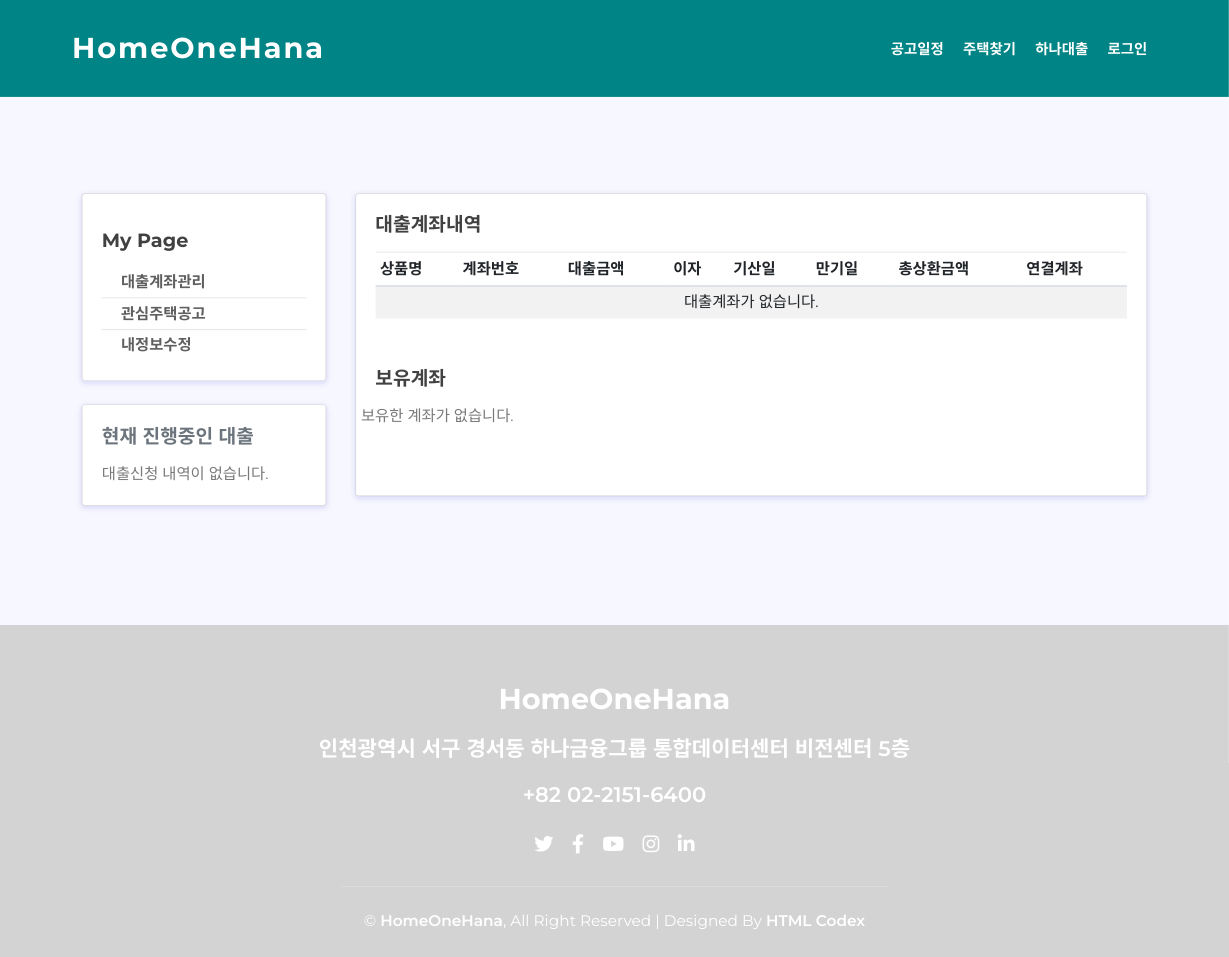
Repository: koposoftware/2021_10_syyoon
Page: http://localhost/HomeOneHana/WEB-INF/jsp/mypage/mypage.jsp
An editor plug-in stored every save of this project. The page is shown before and after the next save, followed by the edit.
The browser window is 1280 px wide. The pictures show the whole page, at 96% of full size.
Some icons come from a web library that is not loaded, so they are not drawn. Some web libraries are served in a nearby version. The page is served by Tomcat 9. Nobody is signed in. Other server files are loaded and not shown. The template is opened directly, without the code that normally fills it, so the values that code supplies are empty.

Above is the page before, as saved 2021-09-20 17:08:49.

### project/Spring-mvc/HomeOneHana/src/main/webapp/WEB-INF/jsp/mypage/mypage.jsp
<%@ page language="java" contentType="text/html; charset=UTF-8"
    pageEncoding="UTF-8"%>
<%@ taglib prefix="c" uri="http://java.sun.com/jsp/jstl/core" %>
<%@ taglib prefix="fmt" uri="http://java.sun.com/jsp/jstl/fmt" %>
<%@ taglib prefix="fn" uri="http://java.sun.com/jsp/jstl/functions" %>
<!DOCTYPE html>
<html>
<head>
<meta charset="UTF-8">
<title>HomeOneHana::마이페이지</title>
<link href="${ pageContext.request.contextPath }/resources/css/top/menubg.css" rel="stylesheet">
<link href="${ pageContext.request.contextPath }/resources/css/mypage/mypage.css" rel="stylesheet">
<script src="https://code.jquery.com/jquery-3.6.0.js"></script>
<script src="${ pageContext.request.contextPath }/resources/js/mypage/mypage.js"></script>

</head>
<body>
	<header>
		<div class="limiter">
			<div class="container-login100">
				<div class="wrap-login100">
					<jsp:include page="../include/topMenu.jsp" />
				</div>
			</div>
		</div>

	</header>
	<section>
		<div class="body">
		<div class="container">
			<div class="row">
			    <div class="col-12 col-lg-3">
					<div class="card">
						<div class="card-body">

							<h5 class="my-3">My Page</h5>
							<div class="fm-menu">
								<div class="list-group list-group-flush">
									<a id="Menu1" href="javascript:;" class="list-group-item py-1"><i class="bx bx-devices me-2"></i><span>대출계좌관리</span></a>
									<a id="Menu2" href="javascript:;" class="list-group-item py-1"><i class="bx bx-folder me-2"></i><span>관심주택공고</span></a>
									<a href="javascript:;" class="list-group-item py-1"><i class="bx bx-plug me-2"></i><span>내정보수정</span></a>

								</div>
							</div>
						</div>
					</div>
					<div class="card">
						<div class="card-body">
							<h5 class="mb-0 text-primary font-weight-bold"><span class="float-end text-secondary">현재 진행중인 대출</span></h5>

							<div class="mt-3"></div>
							<c:if test="${not empty contractList }">
								<c:forEach items="${contractList }" var="contract" varStatus="loop">

									<div class="d-flex align-items-center loanbox">
										<div


											<c:if test="${contract.status eq '심사중' }">class="fm-file-box bg-light-primary text-primary loan-reviewBox"</c:if>
											<c:if test="${contract.status eq '대출완료' }">class="fm-file-box bg-light-primary text-primary loan-finishBox"</c:if>
											<c:if test="${contract.status eq '대출승인' }"> class="fm-file-box bg-light-primary text-primary loan-acceptBox"</c:if>
											<c:if test="${contract.status eq '대출거절' }"> class="fm-file-box bg-light-primary text-primary loan-rejectBox"</c:if>
											>
											<p class="loanstatus">${ contract.status}</p>
										</div>
										<div class="flex-grow-1 ms-2">
											<h6 class="mb-0 loanname"><a
												<c:if test="${contract.status eq '대출승인' }">
													href="${ pageContext.request.contextPath }/loan/contract?contractcode=${contract.contractcode}"
												</c:if>
												<c:if test="${contract.status ne '대출승인' }">
													href="#"
												</c:if>


												>

												${ contract.loanname}</a></h6>
											<p class="mb-0 text-secondary loandate">${contract.stratdt }</p>
										</div>

									</div>

								</c:forEach>

							</c:if>

							<c:if test="${ empty contractList }">
							<div class="d-flex align-items-center mt-3">
								대출신청 내역이 없습니다.
							</div>
							</c:if>

						</div>
					</div>
				</div>


				<div class="col-12 col-lg-9">
					<div class="card" >


					<div class="card-body" id="menu1">
							<div class="d-flex align-items-center">
								<div>
									<h5 class="mb-0">대출계좌내역</h5>
								</div>

							</div>
							<div class="table-responsive mt-3" style="margin-bottom:50px;">
								<table class="table table-striped table-hover table-sm mb-0">
									<thead>
										<tr>
											<th>상품명</th>
											<th>계좌번호</th>
											<th>대출금액</th>
											<th>이자</th>
											<th>기산일</th>
											<th>만기일</th>
											<th>총상환금액</th>
											<th>연결계좌</th>
										</tr>
									</thead>
									<tbody>
									<c:if test="${not empty loanaccountList }">
										<c:forEach items="${loanaccountList }" var="loanacc" varStatus="loop">
										<tr>
											<td>${loanacc.loanname }</td>
											<td>${ fn:substring(loanacc.loanaccount,0,3) }-${ fn:substring(loanacc.loanaccount,3,9) }-${ fn:substring(loanacc.loanaccount,9,13) }</td>
											<td><fmt:formatNumber value="${loanacc.principal }" type="currency"/></td>
											<td>${loanacc.finalrate }%</td>
											<td>${loanacc.accountdt }</td>
											<td>${loanacc.duedate }</td>
											<td>${loanacc.repayamount }</td>
											<td>${ fn:substring(loanacc.account,0,3) }-${ fn:substring(loanacc.account,3,9) }-${ fn:substring(loanacc.account,9,13) }</td>
										</tr>
										</c:forEach>

									</c:if>
									<c:if test="${empty loanaccountList }">
										<tr>
											<td style="text-align:center;" colspan="8">대출계좌가 없습니다.</td>
										</tr>
									</c:if>
									</tbody>
								</table>
							</div>

							<div class="d-flex align-items-center">
								<div>
									<h5 class="mb-0">보유계좌</h5>
								</div>

							</div>
							<div class="row mt-3" style="margin-bottom:50px;">
								<c:if test="${ not empty accountList }">
									<c:forEach items="${ accountList }" var="acc" varStatus="loop">
											<div class="col-12 col-lg-4">
												<div class="card shadow-none border radius-15">
												<div class="card-body">
													<div class="d-flex align-items-center">
														<div ><span class="subti" >${acc.name}</span>
														</div>
														<div class="ms-auto"><i class="fas fa-money-check-alt"></i>
														</div>
													</div>
													<h5 class="mt-3 mb-0"><fmt:formatNumber value="${acc.balance }" type="currency"/></h5>
													<p class="mb-1 mt-4" style="font-size:12px;">
														<span class="float-end">${fn:substring(acc.account,0,3)}-${fn:substring(acc.account,3,9)}-${fn:substring(acc.account,9,13)}</span>
														<span>(${acc.alias})</span>
													</p>
													</div>
												</div>
											</div>
									</c:forEach>
								</c:if>
								<c:if test="${ empty accountList }">
									<div >
										보유한 계좌가 없습니다.
									</div>
								</c:if>
							</div>


						</div>


						<div class="card-body" id="menu2">

							<h5>관심주택</h5>
							<div class="row mt-3" style="margin-bottom:50px;">
								<c:if test="${not empty favoriteHome }">
									<c:forEach items="${ favoriteHome }" var="home" varStatus="loop">
										<div class="col-12 col-lg-4">
											<div class="card shadow-none border radius-15">
											<div class="card-body">
												<div class="d-flex align-items-center">
													<div ><span class="subti"><i class="fas fa-home"></i> ${home.enrolldt}</span>
													</div>
													<div class="ms-auto font-20"><i class="fas fa-star" style="color:#ffd400;"></i>
													</div>
												</div>
												<h5 class="mt-3 mb-0">

													<a

														<c:if test="${contract.status eq '대출승인' }">href="${pageContext.request.contextPath }/search/Detail/${ home.rnadres }"</c:if>
														<c:if test="${contract.status ne '대출승인' }">href="#"</c:if>

														>${home.rnadres}</a>

												</h5>
												<p class="mb-1 mt-4" style="font-size:12px;"><span>${home.insttnm}</span>-<span class="float-end">${home.suplytynm}</span>
												</p>
												</div>
											</div>
										</div>

									</c:forEach>
								</c:if>


								<c:if test="${ empty favoriteHome }">
									<div>
										즐겨찾기한 주택이 없습니다.
									</div>
								</c:if>
							</div>

							<!--end row-->
							<div class="d-flex align-items-center">
								<div>
									<h5 class="mb-0">관심공고</h5>
								</div>

							</div>
							<div class="table-responsive mt-3" style="margin-bottom:50px;">
								<table class="table table-striped table-hover table-sm mb-0">
									<thead>
										<tr>
											<th>공고명 <i class="bx bx-up-arrow-alt ms-2"></i>
											</th>
											<th>마감일</th>
											<th>즐겨찾기등록일</th>
											<th></th>
										</tr>
									</thead>
									<tbody>
									<c:if test="${not empty favoriteNotice }">
										<c:forEach items="${favoriteNotice }" var="noti" varStatus="loop">
										<tr>
											<td>
												<div class="d-flex align-items-center">
													<div><i class="bx bxs-file-pdf me-2 font-24 text-danger"></i>
													</div>
													<div class="font-weight-bold">
														${noti.noticetitle }
													</div>
												</div>
											</td>
											<td>${noti.noticeend }</td>
											<td>${noti.enrolldt }</td>
											<td><i class="fas fa-heart font-22" style="color:#e90061"></i>
											</td>
										</tr>
										</c:forEach>

									</c:if>
									<c:if test="${empty favoriteNotice }">
										<tr>
											<td colspan="4">관심공고가 없습니다.</td>
										</tr>
									</c:if>
									</tbody>
								</table>
							</div>
						</div>
						</div>

					</div>
				</div>

			</div>
			</div>
			</div>
	</section>
	<script>
		$('#menu1').show()
		$('#menu2').hide()
	</script>
	<footer>
		<jsp:include page="../include/bottomMenu.jsp" />
	</footer>
</body>
</html>

### project/Spring-mvc/HomeOneHana/src/main/webapp/WEB-INF/jsp/include/topMenu.jsp
<%@ page language="java" contentType="text/html; charset=UTF-8"
    pageEncoding="UTF-8"%>
<%@ taglib prefix="c" uri="http://java.sun.com/jsp/jstl/core" %>

        <meta content="width=device-width, initial-scale=1.0" name="viewport">
        <meta content="Free Website Template" name="keywords">
        <meta content="Free Website Template" name="description">


		<!-- font-awesome icon  -->
		<link href="//maxcdn.bootstrapcdn.com/font-awesome/4.1.0/css/font-awesome.min.css" rel="stylesheet" />

        <!-- Favicon -->
        <!-- <link href="/Practice-Web/Front/img/favicon.ico" rel="icon"> -->

        <!-- Google Font -->
        <link href="https://fonts.googleapis.com/css2?family=Montserrat:wght@300;400;500;600;700&display=swap" rel="stylesheet">
		<link href="https://fonts.googleapis.com/css2?family=Noto+Sans+KR:wght@100&display=swap" rel="stylesheet">

        <!-- CSS Libraries -->
        <link href="https://stackpath.bootstrapcdn.com/bootstrap/4.4.1/css/bootstrap.min.css" rel="stylesheet">
        <link href="https://cdnjs.cloudflare.com/ajax/libs/font-awesome/5.10.0/css/all.min.css" rel="stylesheet">

        <link href="${ pageContext.request.contextPath }/resources/lib/animate/animate.min.css" rel="stylesheet">
        <link href="${ pageContext.request.contextPath }/resources/lib/owlcarousel/assets/owl.carousel.min.css" rel="stylesheet">
        <link href="${ pageContext.request.contextPath }/resources/lib/lightbox/css/lightbox.min.css" rel="stylesheet">



        <!-- Template Stylesheet -->
        <link href="${ pageContext.request.contextPath }/resources/css/style.css" rel="stylesheet">

<!-- Nav Bar Start -->
<div class="navbar navbar-expand-lg bg-light navbar-light">
    <div class="container-fluid">
        <a href="${ pageContext.request.contextPath }/" class="navbar-brand">HomeOneHana</a>
        <button type="button" class="navbar-toggler" data-toggle="collapse" data-target="#navbarCollapse">
            <span class="navbar-toggler-icon"></span>
        </button>

        <div class="collapse navbar-collapse justify-content-between" id="navbarCollapse">
            <div class="navbar-nav ml-auto">
                <a href="${ pageContext.request.contextPath }/schedule" class="nav-item nav-link">공고일정</a>
                <a href="${ pageContext.request.contextPath }/search" class="nav-item nav-link">주택찾기</a>
                <a href="${ pageContext.request.contextPath }/loan" class="nav-item nav-link">하나대출</a>
            	<c:if test="${ empty sessionScope.loginVO  }">
                <!-- <a href="Front/index2.jsp" class="nav-item nav-link active">Home</a> -->
                <%-- <a href="${ pageContext.request.contextPath }/loan/review" class="nav-item nav-link">대출상담</a> --%>
                <a href="${ pageContext.request.contextPath }/login" class="nav-item nav-link">로그인</a>
				</c:if>

                <%--로그인사용자만 접근가능 --%>
                <c:if test="${ not empty sessionScope.loginVO  }">
	               	<a href="${ pageContext.request.contextPath }/logout" class="nav-item nav-link">로그아웃</a>
	                <a href="${ pageContext.request.contextPath }/mypage" class="nav-item nav-link"><i class="fas fa-user-circle fa-3x"></i></a>
                </c:if>

            </div>
        </div>
    </div>
</div>

### project/Spring-mvc/HomeOneHana/src/main/webapp/WEB-INF/jsp/include/bottomMenu.jsp
<%@ page language="java" contentType="text/html; charset=UTF-8"
    pageEncoding="UTF-8"%>
		<!-- Footer Start -->
        <div class="footer wow fadeIn" data-wow-delay="0.3s">
            <div class="container-fluid">
                <div class="container">
                    <div class="footer-info">
                        <h2>HomeOneHana</h2>
                        <h3>인천광역시 서구 경서동 하나금융그룹 통합데이터센터 비전센터 5층</h3>
                        <div class="footer-menu">
                            <p>+82 02-2151-6400</p>
                        </div>
                        <div class="footer-social">
                            <a href=""><i class="fab fa-twitter"></i></a>
                            <a href=""><i class="fab fa-facebook-f"></i></a>
                            <a href=""><i class="fab fa-youtube"></i></a>
                            <a href=""><i class="fab fa-instagram"></i></a>
                            <a href=""><i class="fab fa-linkedin-in"></i></a>
                        </div>
                    </div>
                </div>
                <div class="container copyright">
                    <p>&copy; <a href="#">HomeOneHana</a>, All Right Reserved | Designed By <a href="https://htmlcodex.com">HTML Codex</a></p>
                </div>
            </div>
        </div>
        <!-- Footer End -->


        <!-- Back to top button -->
        <a href="#" class="btn back-to-top"><i class="fa fa-chevron-up"></i></a>


        <!-- Pre Loader -->
        <div id="loader" class="show">
            <div class="loader"></div>
        </div>


		<!-- JavaScript Libraries -->
        <script src="https://code.jquery.com/jquery-3.4.1.min.js"></script>
        <script src="https://stackpath.bootstrapcdn.com/bootstrap/4.4.1/js/bootstrap.bundle.min.js"></script>
        <script src="${ pageContext.request.contextPath }/resources/lib/easing/easing.min.js"></script>
        <script src="${ pageContext.request.contextPath }/resources/lib/wow/wow.min.js"></script>
        <script src="${ pageContext.request.contextPath }/resources/lib/waypoints/waypoints.min.js"></script>
        <script src="${ pageContext.request.contextPath }/resources/lib/typed/typed.min.js"></script>
        <script src="${ pageContext.request.contextPath }/resources/lib/owlcarousel/owl.carousel.min.js"></script>
        <script src="${ pageContext.request.contextPath }/resources/lib/isotope/isotope.pkgd.min.js"></script>
        <script src="${ pageContext.request.contextPath }/resources/lib/lightbox/js/lightbox.min.js"></script>

        <!-- Contact Javascript File -->
        <script src="${ pageContext.request.contextPath }/resources/mail/jqBootstrapValidation.min.js"></script>
        <script src="${ pageContext.request.contextPath }/resources/mail/contact.js"></script>

        <!-- Template Javascript -->
        <script src="${ pageContext.request.contextPath }/resources/js/main.js"></script>

### project/Spring-mvc/HomeOneHana/src/main/webapp/resources/css/top/menubg.css
@charset "UTF-8";


header{
	height:101px;
	background-color:#008485;
}
@media(max-width:992px){
	header{
		height:70px;
	}
}

### project/Spring-mvc/HomeOneHana/src/main/webapp/resources/css/mypage/mypage.css
@charset "UTF-8";



.body{
padding-top:100px;
padding-bottom:100px;
background-color: #f7f7ff;
}
.card {
    position: relative;
    display: flex;
    flex-direction: column;
    min-width: 0;
    word-wrap: break-word;
    background-color: #fff;
    background-clip: border-box;
    border: 0px solid rgba(0, 0, 0, 0);
    border-radius: .25rem;
    margin-bottom: 1.5rem;
    box-shadow: 0 2px 6px 0 rgb(218 218 253 / 65%), 0 2px 6px 0 rgb(206 206 238 / 54%);
}

.card-body h5{
	font-size:20px;
	font-weight:700;
}


.fm-file-box {
    font-size: 25px;
    background: #e9ecef;
    width: 44px;
    height: 44px;
    display: flex;
    align-items: center;
    justify-content: center;
    border-radius: .25rem;
}
.ms-2 {
    margin-left: .5rem!important;
}

.fm-menu .list-group a {
    font-size: 16px;
    color: #5f5f5f;
    display: flex;
    align-items: center;
}
.list-group-flush>.list-group-item {
    border-width: 0 0 1px;
}
.list-group-item+.list-group-item {
    border-top-width: 0;
}
.py-1 {
	font-weight:700;
    padding-top: .25rem!important;
    padding-bottom: .25rem!important;
}
.list-group-item {
    position: relative;
    display: block;
    padding: .5rem 1rem;
    text-decoration: none;
    background-color: #fff;
    border: 1px solid rgba(0, 0, 0, .125);
}

.radius-15 {
    border-radius: 15px;
}
.fm-icon-box {
    font-size: 32px;
    background: #ffffff;
    width: 52px;
    height: 52px;
    display: flex;
    align-items: center;
    justify-content: center;
    border-radius: .25rem;
}
.font-24 {
    font-size: 24px;
}
.ms-auto {
    margin-left: auto!important;
}
.font-30 {
    font-size: 30px;
}
.user-groups img {
    margin-left: -14px;
    border: 1px solid #e4e4e4;
    padding: 2px;
    cursor: pointer;
}

.rounded-circle {
    border-radius: 50%!important;
}

/*
		현재진행중인 대출
*/

.loanbox{
	margin-top:5px;
	margin-bottom:5px;
}
.loan-iconBox{
	background-color:#008485;
}

.loanname{
	font-weight:700;
}

.loandate{
	font-size:12px;
}

Loaded but not shown: project/Spring-mvc/HomeOneHana/src/main/webapp/resources/lib/animate/animate.min.css (library); project/Spring-mvc/HomeOneHana/src/main/webapp/resources/lib/owlcarousel/assets/owl.carousel.min.css (common file); project/Spring-mvc/HomeOneHana/src/main/webapp/resources/lib/lightbox/css/lightbox.min.css (common file); project/Spring-mvc/HomeOneHana/src/main/webapp/resources/lib/easing/easing.min.js (common file); project/Spring-mvc/HomeOneHana/src/main/webapp/resources/lib/wow/wow.min.js (library); project/Spring-mvc/HomeOneHana/src/main/webapp/resources/lib/waypoints/waypoints.min.js (library); project/Spring-mvc/HomeOneHana/src/main/webapp/resources/lib/typed/typed.min.js (library); project/Spring-mvc/HomeOneHana/src/main/webapp/resources/lib/owlcarousel/owl.carousel.min.js (library); project/Spring-mvc/HomeOneHana/src/main/webapp/resources/lib/isotope/isotope.pkgd.min.js (library); project/Spring-mvc/HomeOneHana/src/main/webapp/resources/lib/lightbox/js/lightbox.min.js (library); project/Spring-mvc/HomeOneHana/src/main/webapp/resources/mail/jqBootstrapValidation.min.js (library); project/Spring-mvc/HomeOneHana/src/main/webapp/resources/js/main.js (108 lines, source omitted); project/Spring-mvc/HomeOneHana/src/main/webapp/resources/mail/contact.js (65 lines, source omitted); project/Spring-mvc/HomeOneHana/src/main/webapp/resources/js/mypage/mypage.js (17 lines, source omitted); project/Spring-mvc/HomeOneHana/src/main/webapp/resources/css/style.css (1648 lines, source omitted)

After the next save:
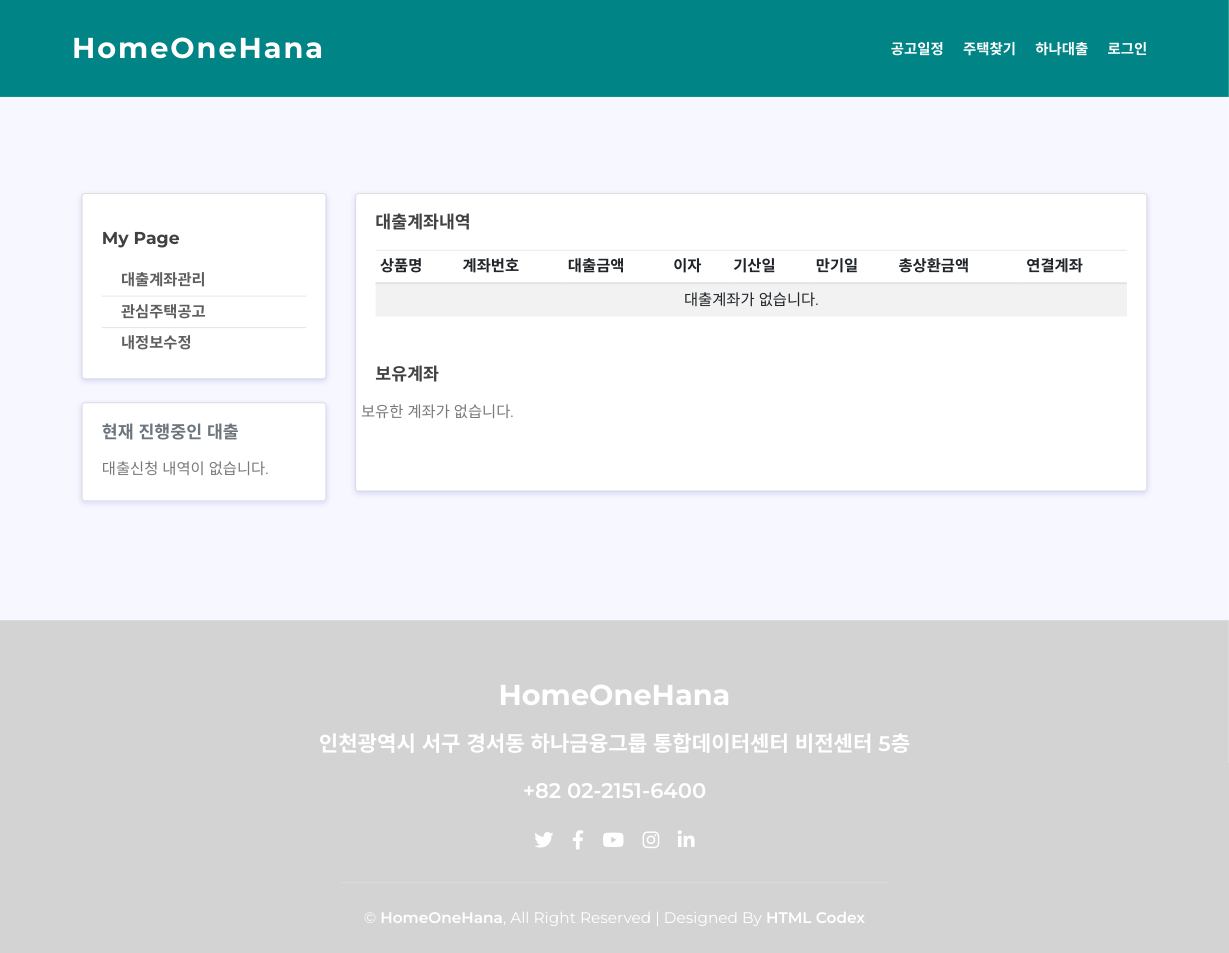
Saved 94 s later.
--- a/project/Spring-mvc/HomeOneHana/src/main/webapp/resources/css/mypage/mypage.css
+++ b/project/Spring-mvc/HomeOneHana/src/main/webapp/resources/css/mypage/mypage.css
@@ -22,7 +22,7 @@ background-color: #f7f7ff;
 }
 
 .card-body h5{
-	font-size:20px;
+	font-size:18px;
 	font-weight:700;
 }
 
